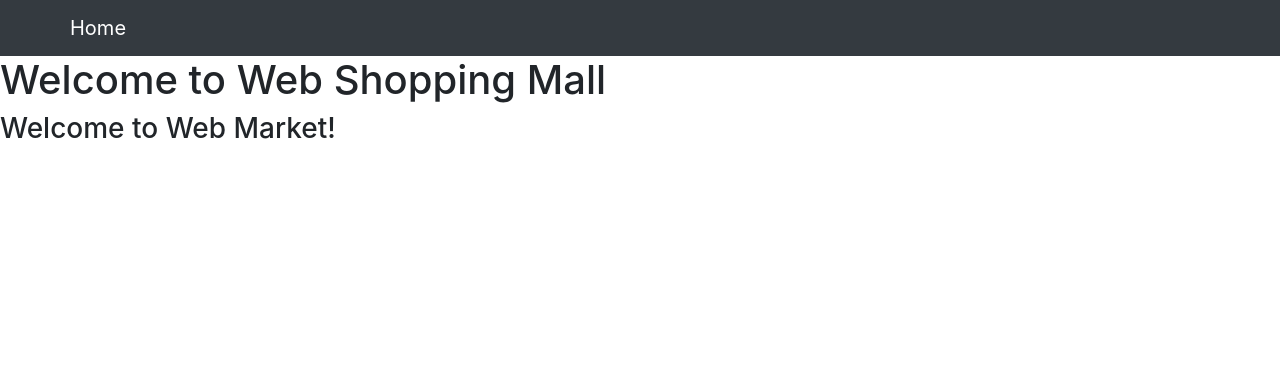
Repository: SeoHyungjun/Java_study
Page: http://localhost/WebMarket/welcome.jsp
These files come from the project's save history. The page is drawn as it stood at one moment and after the next save; the edit follows.
The browser window is 1280 px wide. The pictures show the whole page.
The page is served by Tomcat 9. Other server files are loaded and not shown.

Above is the page before, as saved 2022-09-19 10:46:35.

### eclipse_web_server/eclipse-workspace/WebMarket/src/main/webapp/welcome.jsp
<html>
<head>
<link rel = "stylesheet"
	href = "https://maxcdn.bootstrapcdn.com/bootstrap/4.0.0/css/bootstrap.min.css">
<title>Welcome</title>
</head>
<body>
	<nav class = "navbar navbar-expand navbar-dark bg-dark">
		<div class = "container">
			<div class = "navbar-header">
				<a class = "navbar-brand" href="./welcome.jsp">Home</a>
			</div>
		</div>
	</nav>
	<%! String greeting = "Welcome to Web Shopping Mall";
	String tagline = "Welcome to Web Market!"; %>
	<h1>
		<%= greeting %>
	</h1>
	<h3>
		<%= tagline %>
	</h3>
</body>
</html>

After the next save:
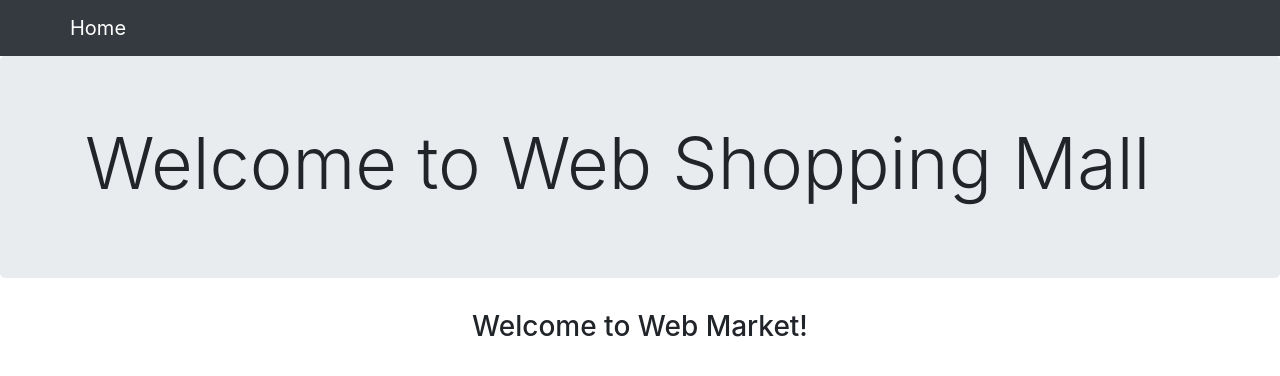
Saved 2 min 11 s later.
--- a/eclipse_web_server/eclipse-workspace/WebMarket/src/main/webapp/welcome.jsp
+++ b/eclipse_web_server/eclipse-workspace/WebMarket/src/main/webapp/welcome.jsp
@@ -14,11 +14,21 @@
 	</nav>
 	<%! String greeting = "Welcome to Web Shopping Mall";
 	String tagline = "Welcome to Web Market!"; %>
-	<h1>
-		<%= greeting %>
-	</h1>
-	<h3>
-		<%= tagline %>
-	</h3>
+	<div class = "jumbotron">
+		<div class = "container">
+			<h1 class = "display-3">
+				<%= greeting %>
+			</h1>
+		</div>
+	</div>
+	<main role = "main">
+	<div class = "container">
+		<div class = "text-center">
+			<h3>
+				<%= tagline %>
+			</h3>
+		</div>
+	</div>
+	</main>
 </body>
 </html>
